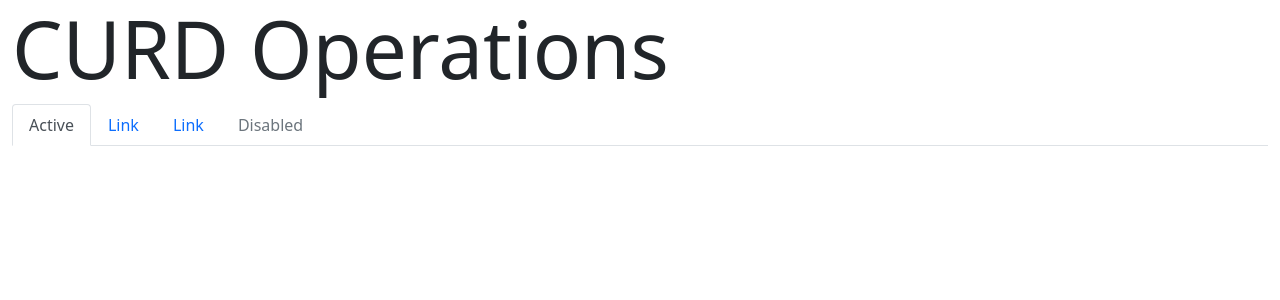
Repository: code8sam/SpringAndSpringBoot
Page: http://localhost/curdoperationsusingmvc/employee/display
An editor plug-in stored every save of this project. The page is shown before and after the next save, followed by the edit.
The browser window is 1280 px wide. The pictures show the whole page.
The page is served by Tomcat 9.

Above is the page before, as saved 2022-04-07 11:56:16.

After the next save:
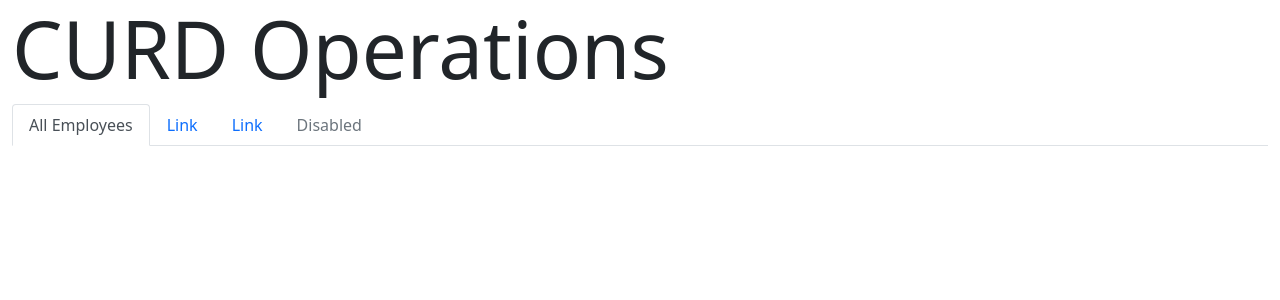
Saved 21 s later.
--- a/springs/HESE7/curdoperationsusingmvc/src/main/webapp/WEB-INF/views/displayAllEmployees.jsp
+++ b/springs/HESE7/curdoperationsusingmvc/src/main/webapp/WEB-INF/views/displayAllEmployees.jsp
@@ -22,7 +22,7 @@
 
 		<ul class="nav nav-tabs">
 			<li class="nav-item"><a class="nav-link active"
-				aria-current="page" href="#">Active</a></li>
+				aria-current="page" href="#">All Employees</a></li>
 			<li class="nav-item"><a class="nav-link" href="#">Link</a></li>
 			<li class="nav-item"><a class="nav-link" href="#">Link</a></li>
 			<li class="nav-item"><a class="nav-link disabled">Disabled</a></li>
